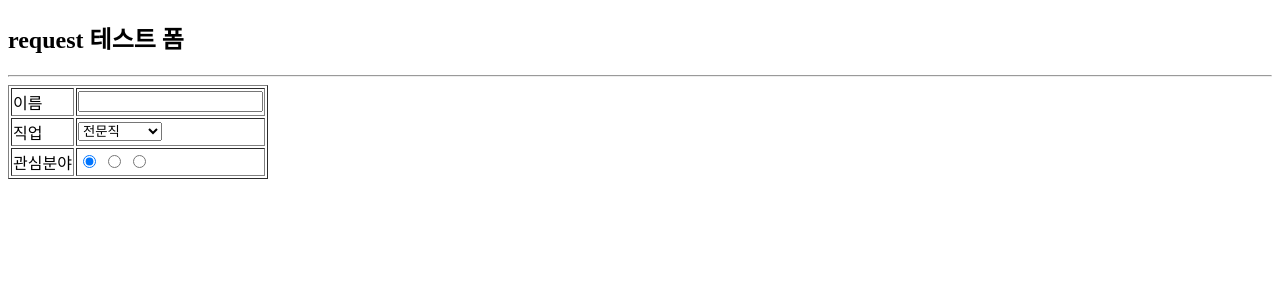
Repository: jemin7709/InternetProgramming2
Page: Pj/WebContent/request_test.html
An editor plug-in stored every save of this project. The page is shown before and after the next save, followed by the edit.
The browser window is 1280 px wide. The pictures show the whole page.

Above is the page before, as saved 2021-05-13 12:03:58.

### Pj/WebContent/request_test.html
<!DOCTYPE html>
<html>
<head>
<meta charset="UTF-8">
<title>Insert title here</title>
</head>
<body>
<h2>request 테스트 폼</h2>
<hr>
<table border="1px">
	<tbody>
		<tr>
			<td>이름</td>
			<td><input type="text" name="name"></td>
		</tr>
		<tr>
			<td>직업</td>
			<td><select>
				<option selected="selected">전문직</option>
				<option>계약직</option>
				<option>아르바이트</option>
			</select></td>
		</tr>
		<tr>
			<td>관심분야</td>
			<td>
				<input type="radio" name="category" value="정치" checked="checked">
				<input type="radio" name="category" value="사회">
				<input type="radio" name="category" value="정보통신">
			</td>
	</tbody>
</table>
</body>
</html>

After the next save:
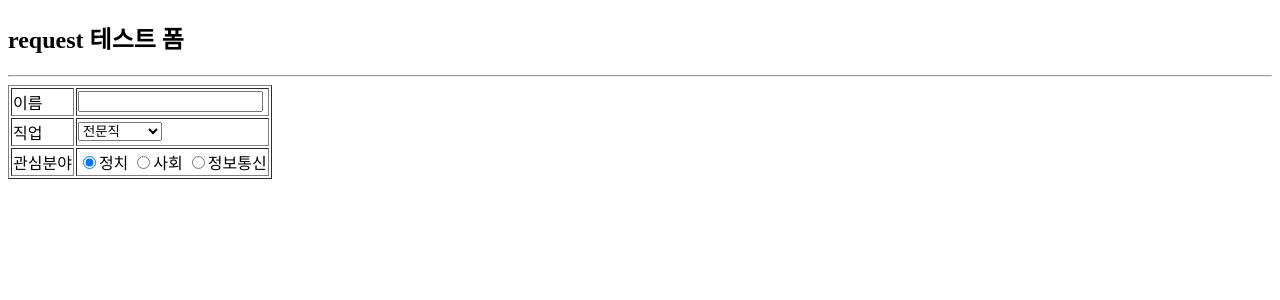
Saved 28 s later.
--- a/Pj/WebContent/request_test.html
+++ b/Pj/WebContent/request_test.html
@@ -24,9 +24,9 @@
 		<tr>
 			<td>관심분야</td>
 			<td>
-				<input type="radio" name="category" value="정치" checked="checked">
-				<input type="radio" name="category" value="사회">
-				<input type="radio" name="category" value="정보통신">
+				<input type="radio" name="category" value="정치" checked="checked">정치
+				<input type="radio" name="category" value="사회">사회
+				<input type="radio" name="category" value="정보통신">정보통신
 			</td>
 	</tbody>
 </table>
